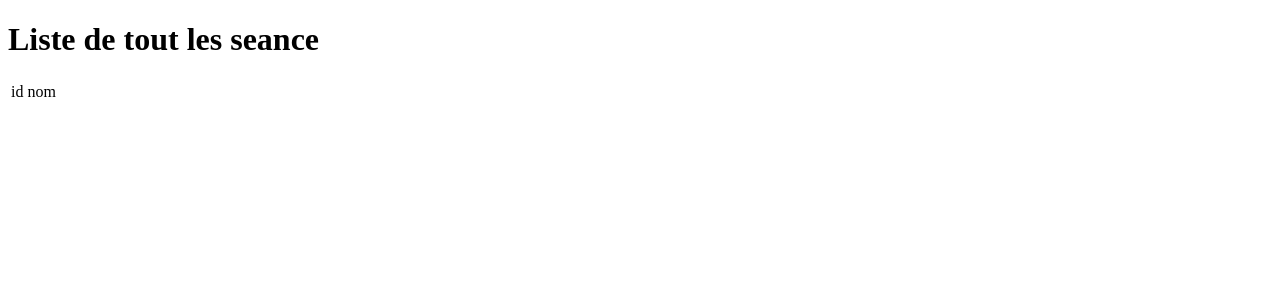
Repository: marwenElleuch/SuivitAbsences
Page: http://localhost/ProjetDetTest/seances.jsp
An editor plug-in stored every save of this project. The page is shown before and after the next save, followed by the edit.
The browser window is 1280 px wide. The pictures show the whole page.
The page is served by Tomcat 9.

Above is the page before, as saved 2018-01-14 11:49:03.

After the next save:
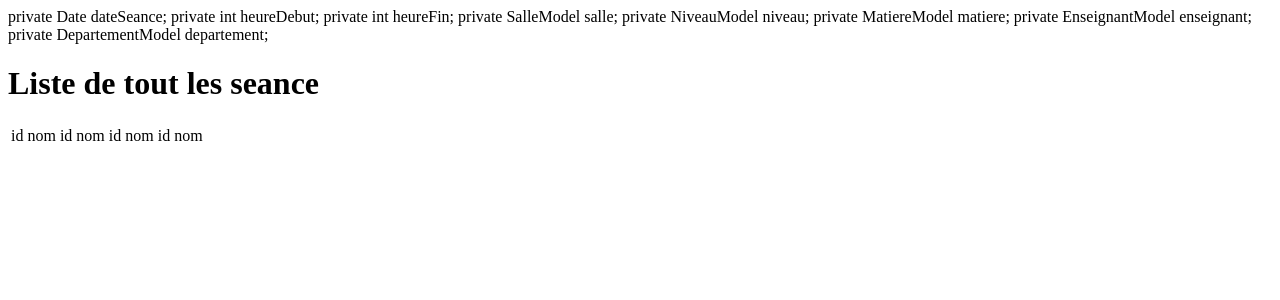
Saved 46 s later.
--- a/ProjetDetTest/WebContent/seances.jsp
+++ b/ProjetDetTest/WebContent/seances.jsp
@@ -11,9 +11,24 @@
 	<%
 		//List<Salle> salles = request.getSession().getAttribute("salles");
 	%>
+	private Date dateSeance;
+	private int heureDebut;
+	private int heureFin;
+	private SalleModel salle;
+	private NiveauModel niveau;
+	private MatiereModel matiere;
+	private EnseignantModel enseignant;
+	private DepartementModel departement;
+
 	<h1>Liste de tout les seance</h1>
 	<table>
 		<tr>
+			<td>id</td>
+			<td>nom</td>
+			<td>id</td>
+			<td>nom</td>
+			<td>id</td>
+			<td>nom</td>
 			<td>id</td>
 			<td>nom</td>
 		</tr>
